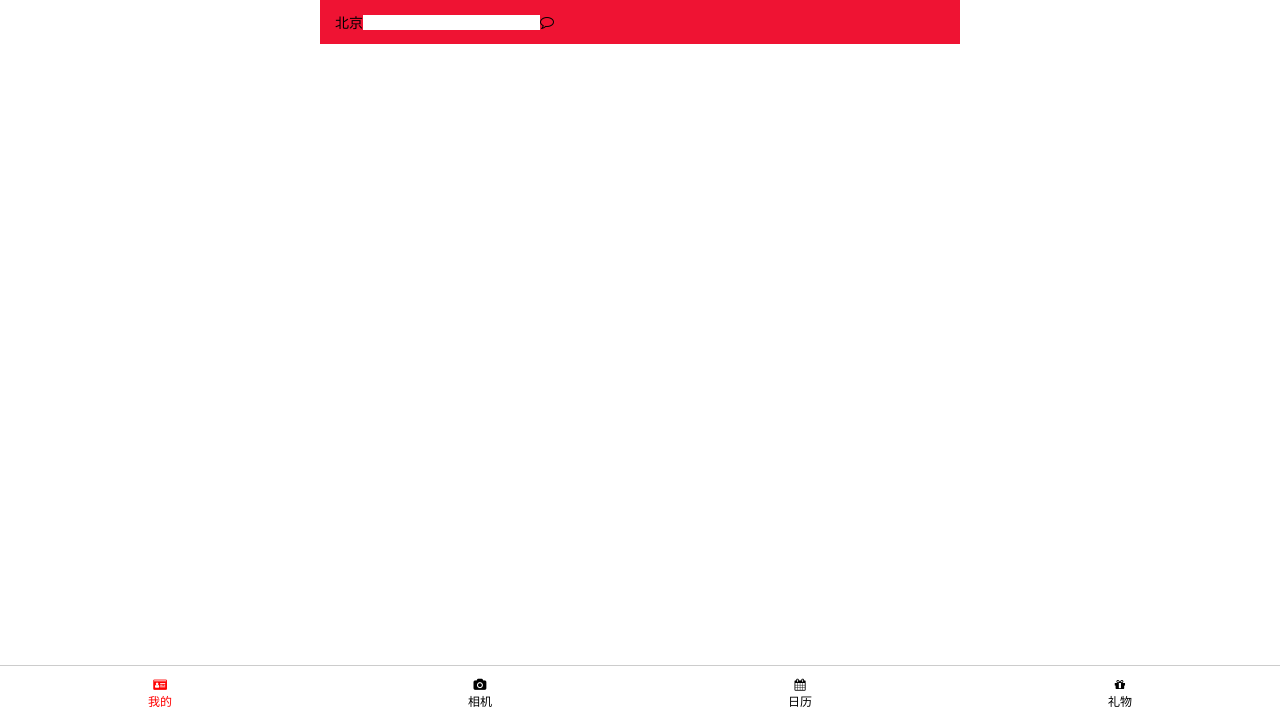
Repository: zhenzhen-gong/flextContent
Page: index.html
An editor plug-in stored every save of this project. The page is shown before and after the next save, followed by the edit.
The browser window is 1280 px wide. The pictures show the whole page.

Above is the page before, as saved 2020-06-18 17:05:33.

### index.html
<!DOCTYPE html>
<html lang="en">
<head>
    <meta charset="UTF-8">
    <meta name="viewport" content="width=device-width, initial-scale=1.0">
    <title>移动端响应式小项目</title>
    <link rel="stylesheet" href="css/style.css">
    <link rel="stylesheet" href="css/font-awesome/css/font-awesome.min.css">
    <script src="script.js"></script>
</head>
<body>
    <div class="Tbox">
        <header>
            <a href="#" class="left-address">北京</a>
            <input class="middle-form" name="search">
            <a href="#" class="right-message">
                <i class="fa fa-comment-o"></i>
            </a>
        </header>
        <section></section>
    </div>
    <footer>
        <div class="active">
            <a href="#" class="active">
                <i class="fa fa-id-card"></i>
            </a>
            我的
        </div>
        <div>
            <a href="#">
                <i class="fa fa-camera"></i>
            </a>
            相机
        </div>
        <div>
            <a href="#">
                <i class="fa fa-calendar"></i>
            </a>
            日历
        </div>
        <div>
            <a href="#">
                <i class="fa fa-gift"></i>
            </a>
            礼物
        </div>
    </footer>
</body>
</html>

### css/style.css
/* css初始化 */
*{
    margin: 0;
    padding: 0;
    border: none;
}
body{
    font-size: 14px;
    font-family: 'Franklin Gothic Medium', 'Arial Narrow', Arial, sans-serif;
}
a{
    text-decoration: none;
    color: black;
}
/* 正文部分 */
.Tbox{
    width: 640px;
    position: absolute;
    left: 0;
    right: 0;
    margin: 0 auto;
    background: sandybrown;
}
.Tbox>header{
   height: 44px;
   padding: 0 15px;
   background: #ef1333;
   display: flex;
   align-items: center;
}
.Tbox>header>a.left-address{

}
.Tbox>header>a.middle-form{
   flex: 1;
}


/* 页脚部分 */
footer{
    position: fixed;
    bottom: 0;
    height: 54px;
    width: 100%;
    font-size: 12px;
    display: flex;
    align-items: center;
    text-align: center;
    background: #ffffff;;
    border-top: 1px solid #cccccc;
}
footer>div{
    flex: 1;
}
footer>div.active{
    color: red;
}
footer>div>a{
    display: block;
}
footer>div>a.active{
    color: red;
}

### script.js
window.onload = function () {





}

Loaded but not shown: css/font-awesome/css/font-awesome.min.css (library)

After the next save:
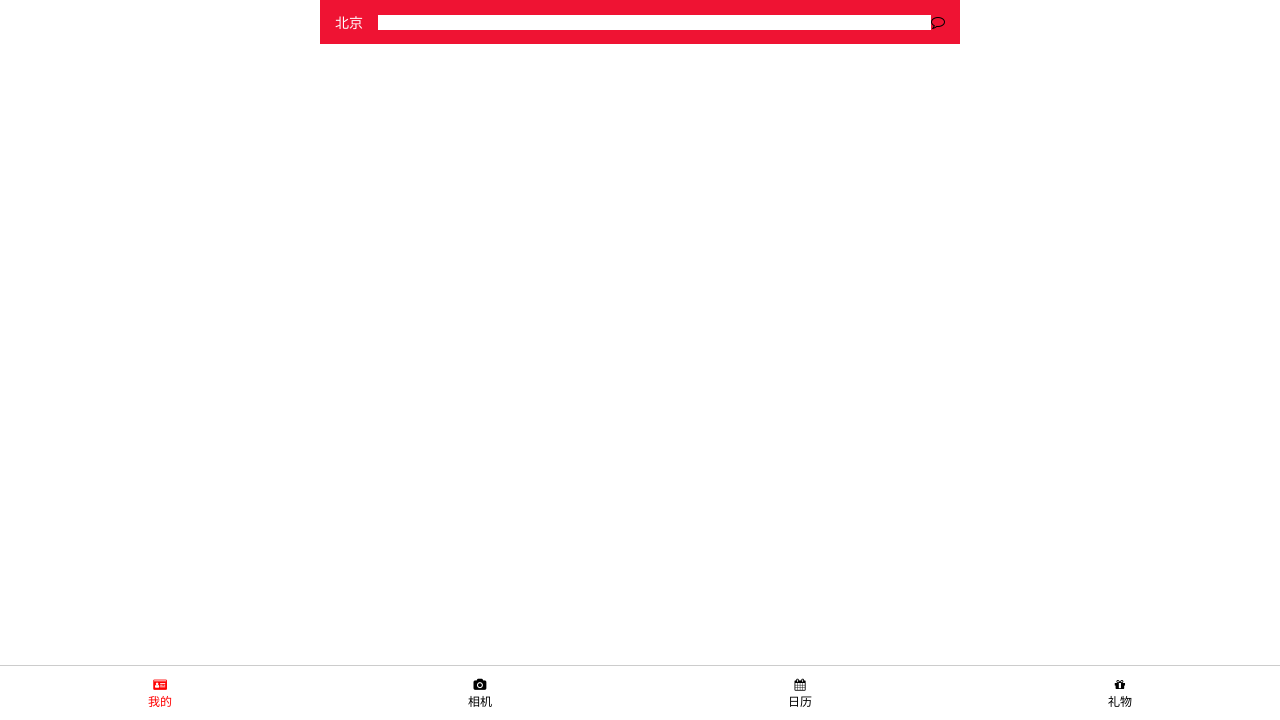
Saved 77 s later.
--- a/css/style.css
+++ b/css/style.css
@@ -29,9 +29,10 @@
    align-items: center;
 }
 .Tbox>header>a.left-address{
-
+    margin-right: 15px;
+    color: #ffffff;
 }
-.Tbox>header>a.middle-form{
+.Tbox>header>input.middle-form{
    flex: 1;
 }
 
